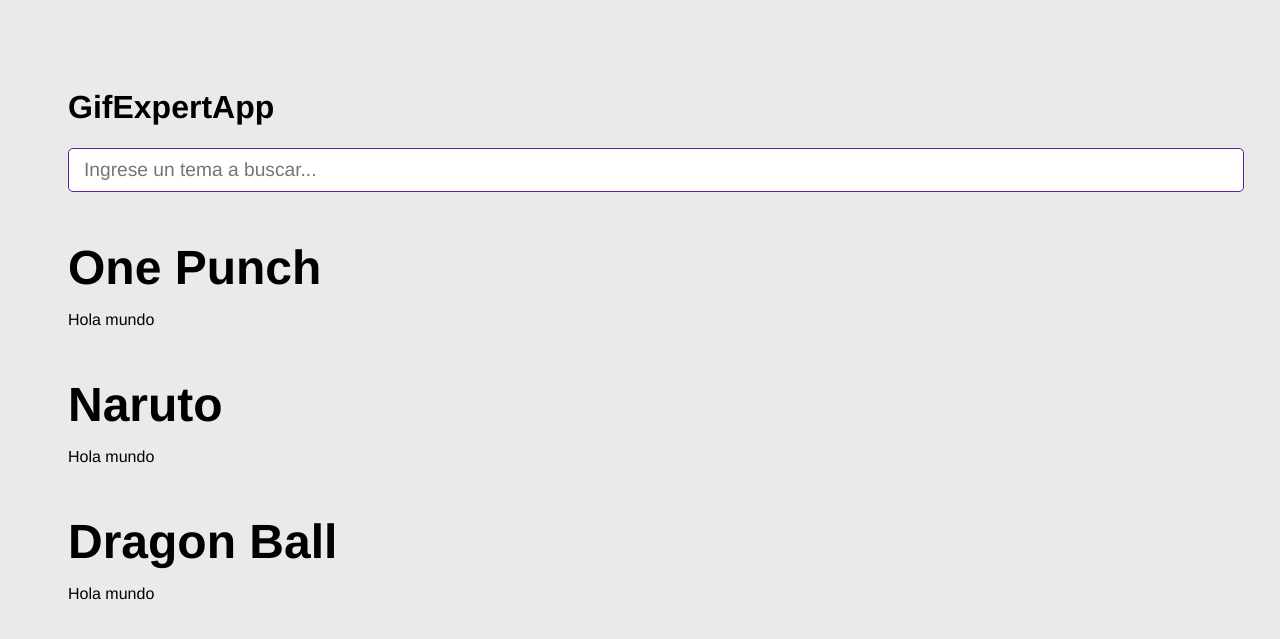
Repository: AlanColliDev/CursoReact
Page: /
The author's editor kept a copy of each file at every save. The page is drawn from the files as they stood at one save, then again after the next save.
The browser window is 1280 px wide. The pictures show the whole page.
The page's requests for data from a server got no answer. The project was rebuilt for these pictures with package versions that can differ from the ones it lists, and the page was loaded fresh each time. No one was signed in, and anything a server would have sent is missing. Also part of the build but not shown: vite.config.js.

Above is the page before, as saved 2022-07-20 23:53:17.

After the next save:
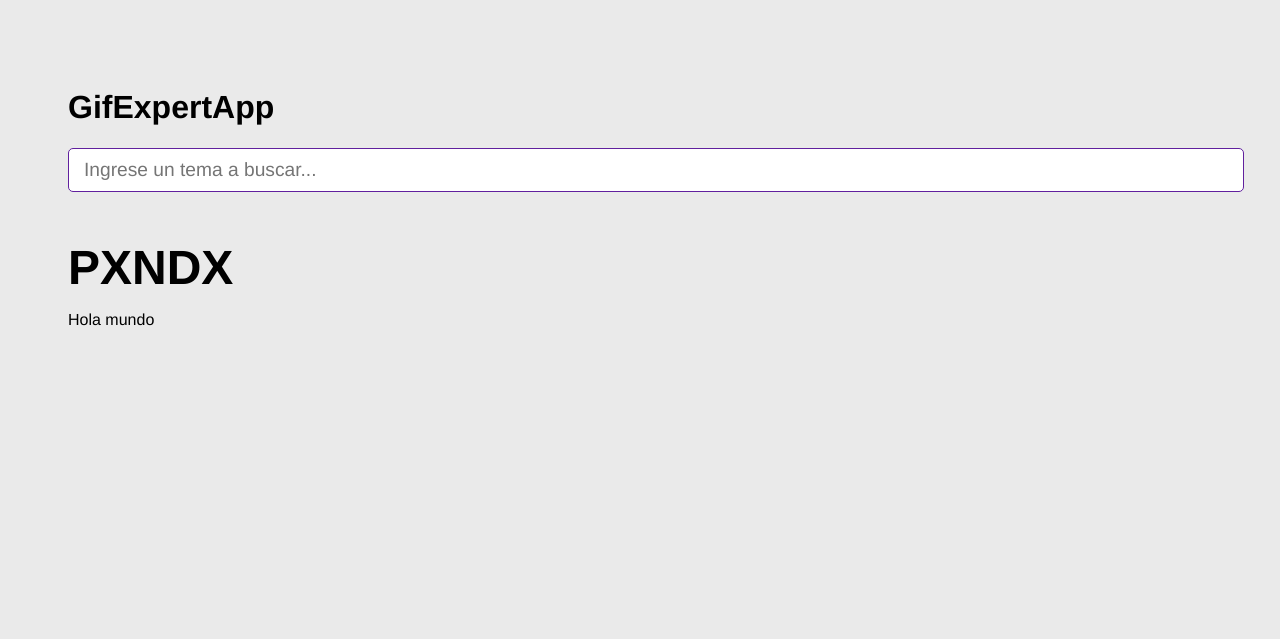
Saved 73 s later.
--- a/src/GifExpertApp.jsx
+++ b/src/GifExpertApp.jsx
@@ -5,7 +5,7 @@
 // import React from 'react' --despues de la v17 de react ya no es necesario estarlo importando en cada file
 export const GifExpertApp = () => {
 
-   const [categories, setCategories] = useState([ 'One Punch', 'Naruto', 'Dragon Ball' ])
+   const [categories, setCategories] = useState([ 'PXNDX' ])
 
    const OnAddCategory = (category) => {
       if( categories.includes(category) ) return;
